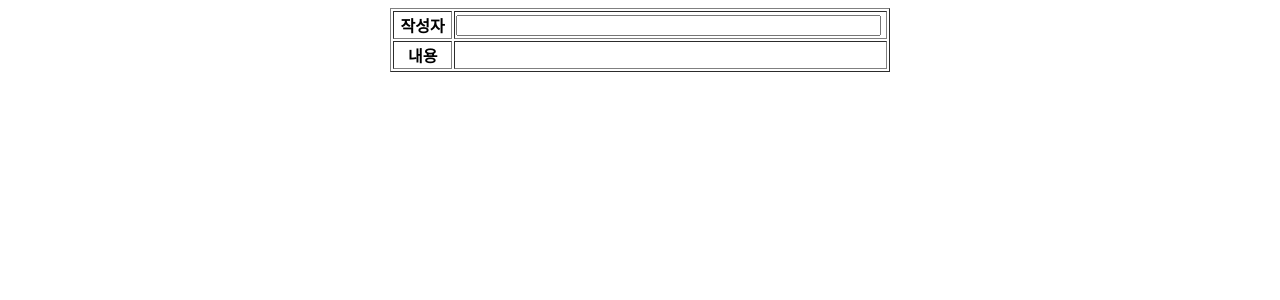
Repository: sgnq008-tech/JSP
Page: jsp_workspace/WebProject/src/main/webapp/bbs/write.html
These files come from the project's save history. The page is drawn as it stood at one moment and after the next save; the edit follows.
The browser window is 1280 px wide. The pictures show the whole page.

Above is the page before, as saved 2026-09-09 02:42:46.

### jsp_workspace/WebProject/src/main/webapp/bbs/write.html
<!DOCTYPE html>
<html>
<head>
<meta charset="EUC-KR">
<title>방명록</title>
</head>
<body>
<form action="/VisitInsert" method="post">
                 <table align="center" width ="500" border="1">
                    <tr>
                         <th width="70">작성자</th>
                         <td width="430">
                            <input type="text" name="writer" size="50">
                         </td>
                    </tr>

                    <tr>
                         <th>내용</th>
                         <td>

                         </td>

                    </tr>

                 </table>


</form>
</body>
</html>

After the next save:
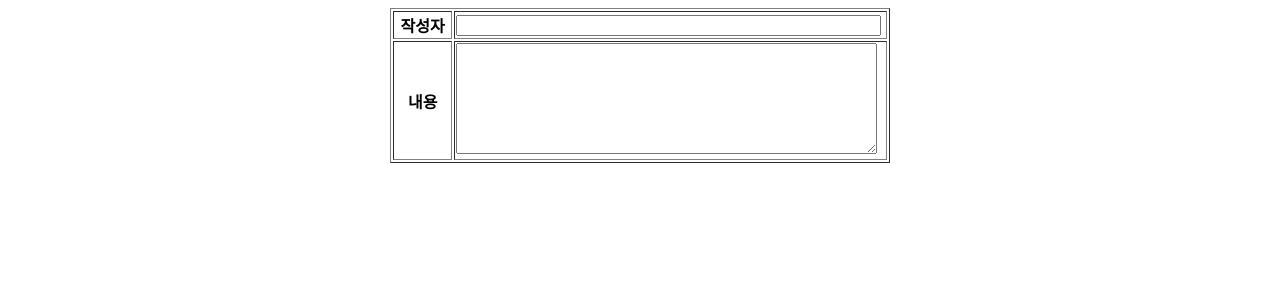
Saved 24 s later.
--- a/jsp_workspace/WebProject/src/main/webapp/bbs/write.html
+++ b/jsp_workspace/WebProject/src/main/webapp/bbs/write.html
@@ -17,7 +17,7 @@
                     <tr>
                          <th>내용</th>
                          <td>
-
+                                  <textarea rows="7" cols="50"></textarea>
                          </td>
 
                     </tr>
